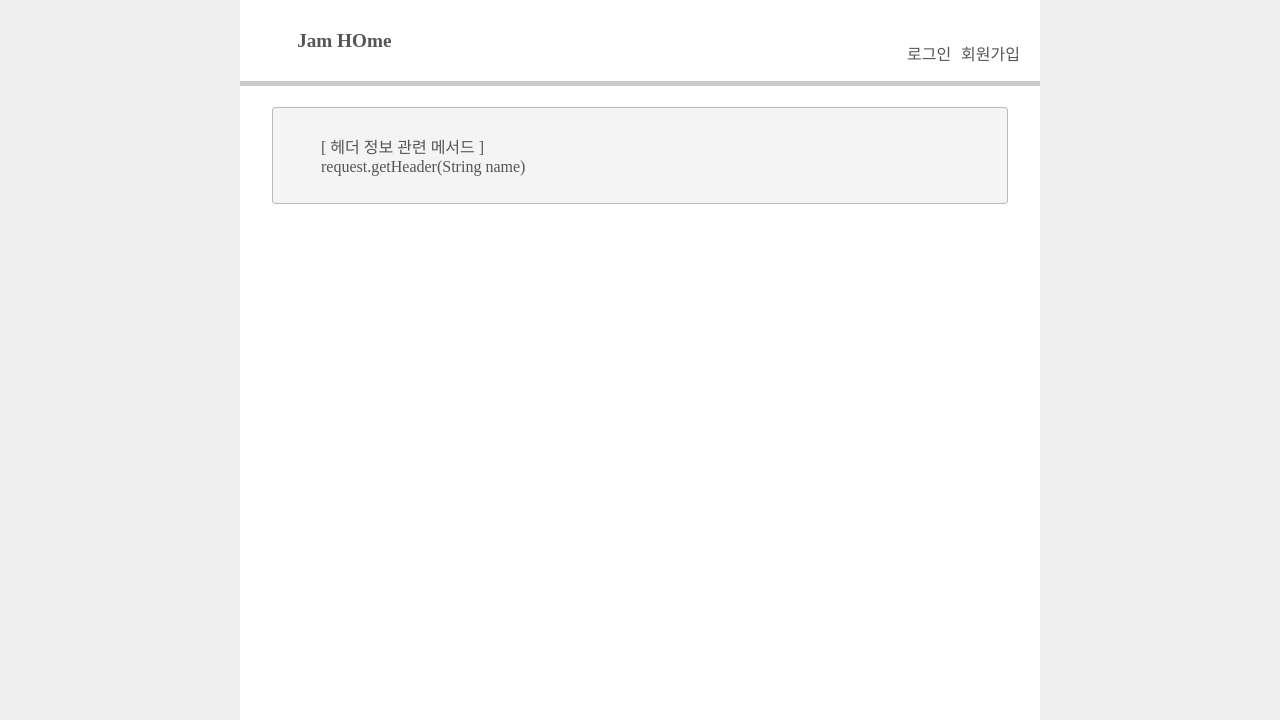
Repository: woals5636/JSPClass
Page: http://localhost/jspPro/days03/ex06.jsp
These files come from the project's save history. The page is drawn as it stood at one moment and after the next save; the edit follows.
The browser window is 1280 px wide. The pictures show the whole page.
Some web fonts or font styles are not loaded; a fallback is used. The page is served by Tomcat 9.

Above is the page before, as saved 2024-10-17 06:07:41.

After the next save:
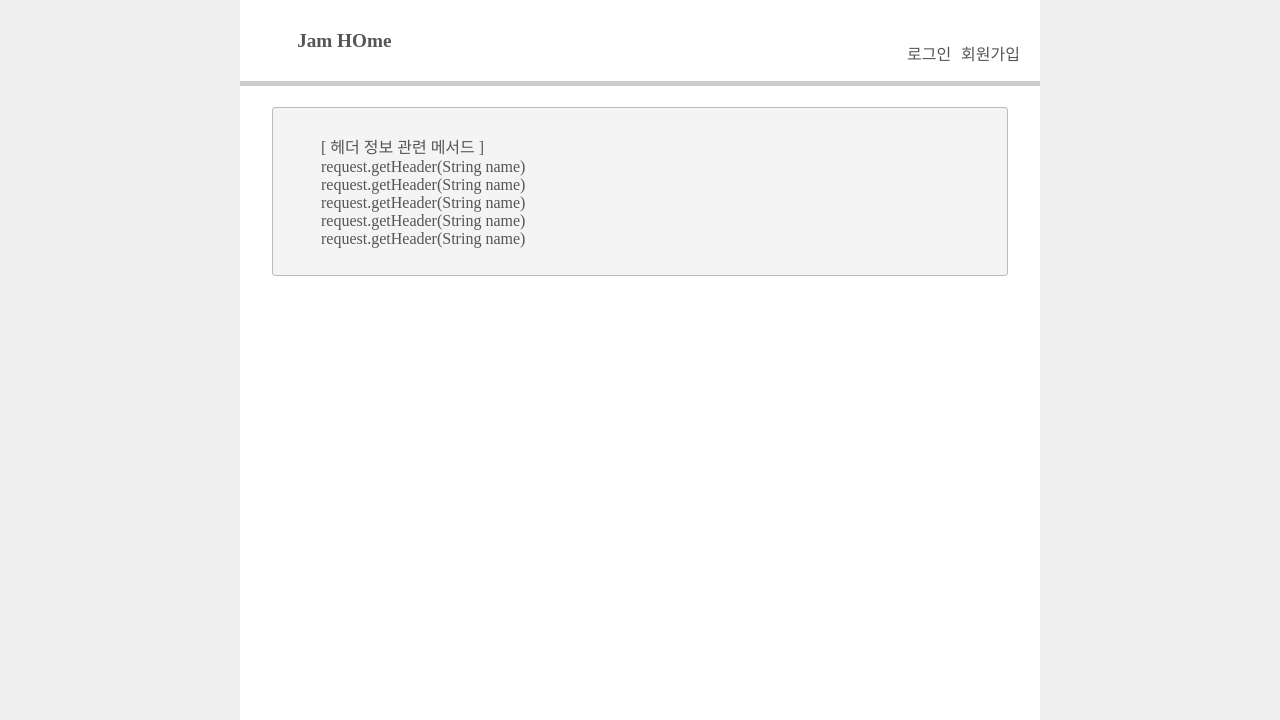
Saved 9 s later.
--- a/jspPro/src/main/webapp/days03/ex06.jsp
+++ b/jspPro/src/main/webapp/days03/ex06.jsp
@@ -28,6 +28,10 @@
   <xmp class="code">
   	[ 헤더 정보 관련 메서드 ]
   	request.getHeader(String name)
+  	request.getHeader(String name)
+  	request.getHeader(String name)
+  	request.getHeader(String name)
+  	request.getHeader(String name)
   </xmp>
 </div>
 </body>
